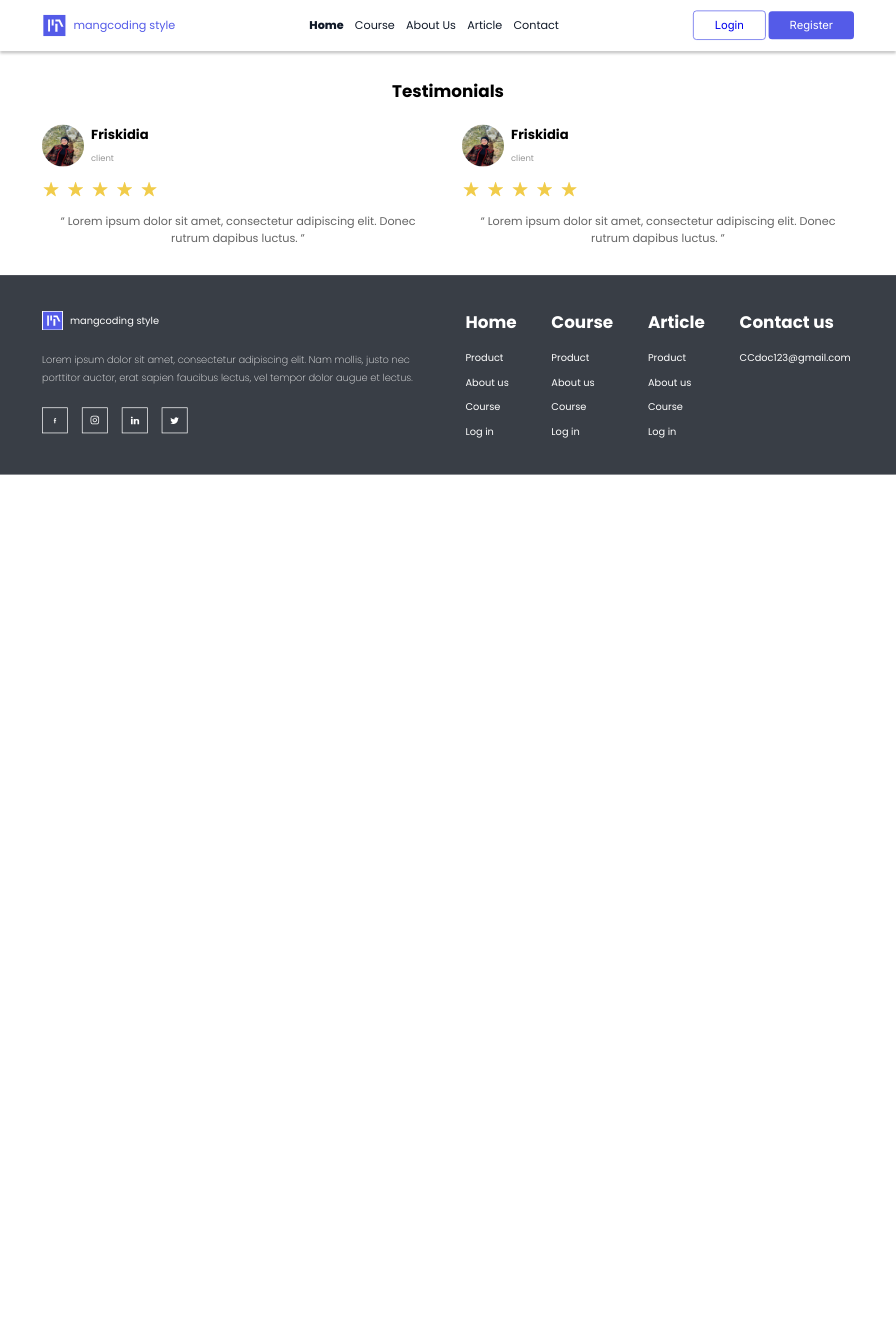
Repository: Dania-Alqam/landing-page
Page: index.html
An editor plug-in stored every save of this project. The page is shown before and after the next save, followed by the edit.
The browser window is 1280 px wide. The pictures show the part of the page from y = 0 to 1920 px (the page is 5000 px tall), at 70% of full size.

Above is the page before, as saved 2024-06-22 16:41:08.

After the next save:
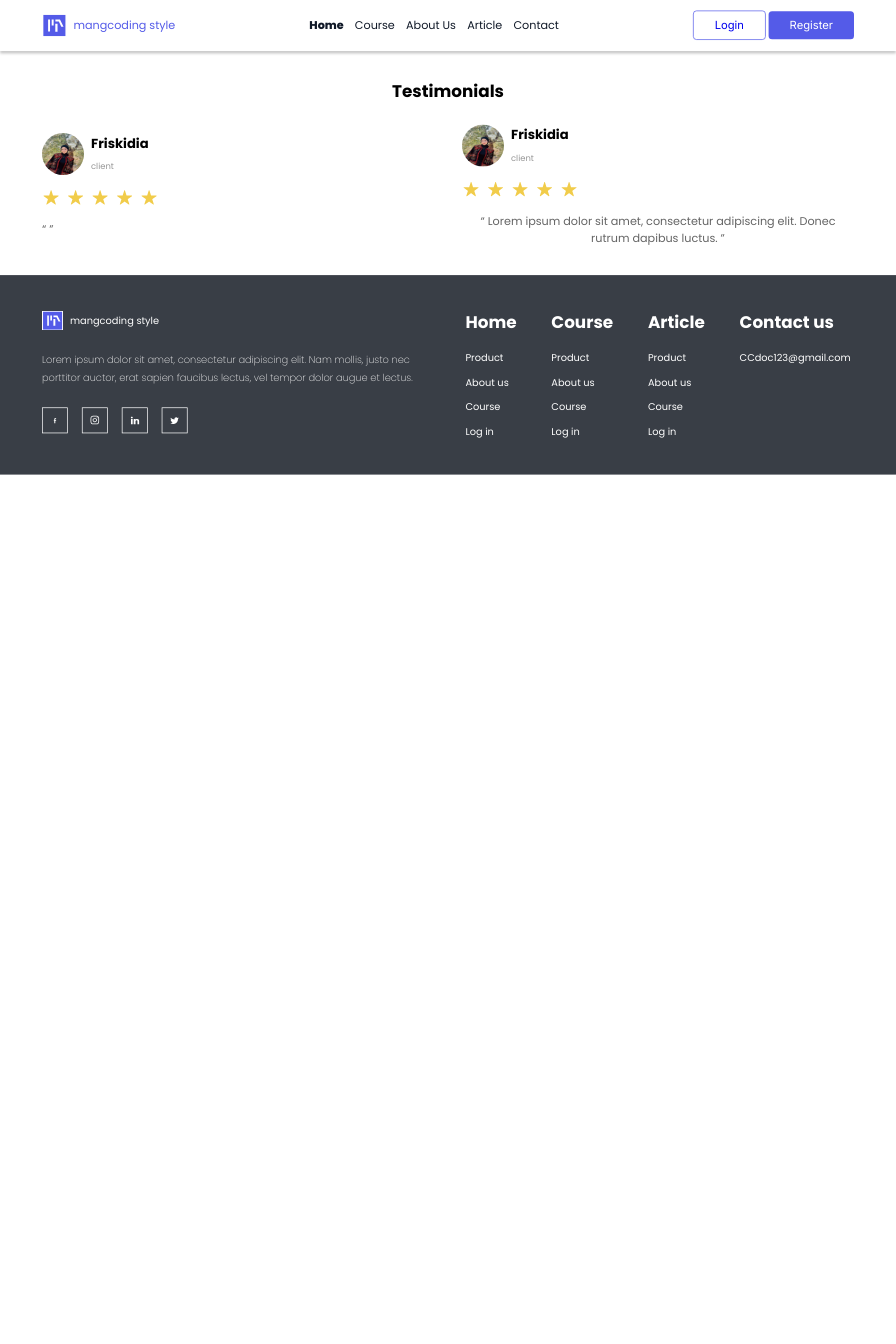
Saved 2 min 36 s later.
--- a/index.html
+++ b/index.html
@@ -68,7 +68,7 @@
                         </div>
                         <blockquote>
                             <q>
-                                Lorem ipsum dolor sit amet, consectetur adipiscing elit. Donec rutrum dapibus luctus.
+
                             </q>
                         </blockquote>
                     </div>
